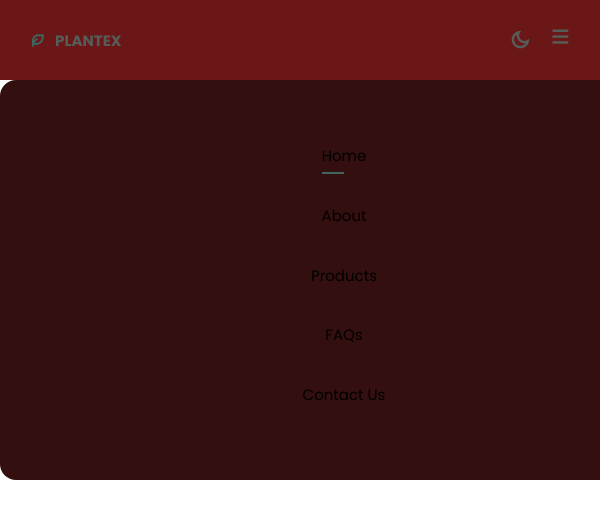
Repository: OmniaRafat232111121/plantwebsite
Page: index.html
These files come from the project's save history. The page is drawn as it stood at one moment and after the next save; the edit follows.
The browser window is 600 px wide. The pictures show the whole page.
After loading, the first visible `#navToggle` was clicked once.

Above is the page before, as saved 2023-01-04 16:00:03.

After the next save:
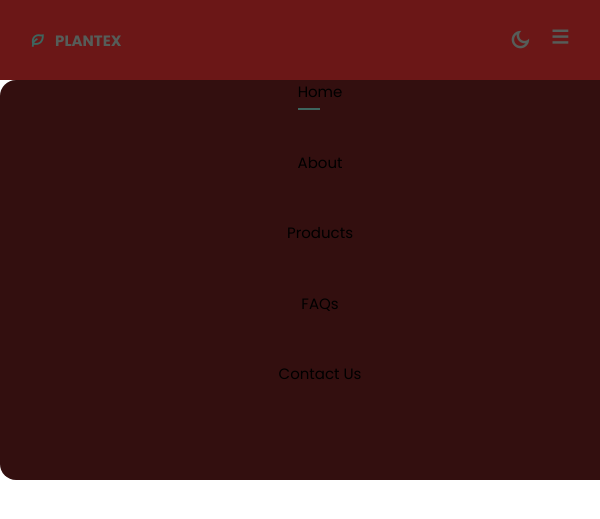
Saved 15 s later.
--- a/assets/css/styles.css
+++ b/assets/css/styles.css
@@ -235,7 +235,7 @@ display: none;
     border-radius: 1rem 0 0 1rem;
     transition: .3s;
     z-index: 1000;
-        padding: 4rem 0 0 3rem;
+
     display:grid;
     justify-content: center;
     text-align: center;
